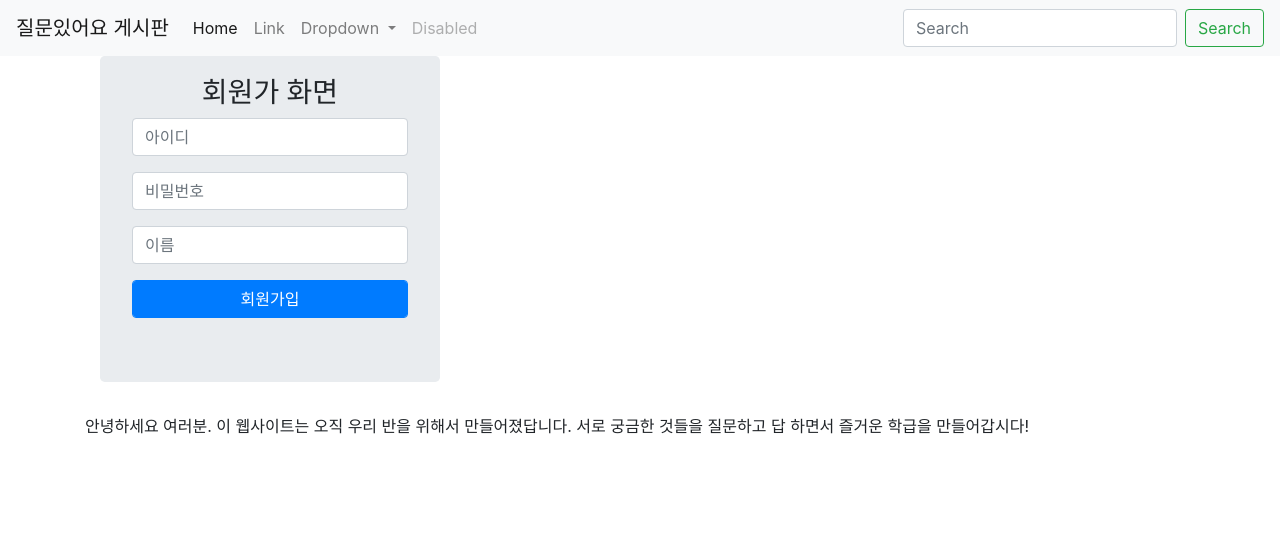
Repository: Munro-L/I-spy-oT__cuHacking-2019
Page: http://localhost/BBS/join.jsp
These files come from the project's save history. The page is drawn as it stood at one moment and after the next save; the edit follows.
The browser window is 1280 px wide. The pictures show the whole page.
The page is served by Tomcat 9. Other server files are loaded and not shown.

Above is the page before, as saved 2019-02-01 19:39:49.

### BBS-master/projects/BBS/WebContent/join.jsp
<%@ page language="java" contentType="text/html; charset=UTF-8"
    pageEncoding="UTF-8"%>
<!DOCTYPE html>
<html>
<head>
<meta http-equiv="Content-Type" content="text/html, charset="UTF-8">
<meta name="viewport" content="width=device-width", intial-scale="1">
<link rel="stylesheet" href="css/bootstrap.css">
<title>질문있어요!</title>
</head>
<body>
	<nav class="navbar navbar-expand-lg navbar-light bg-light">
	  <a class="navbar-brand" href="#">질문있어요 게시판</a>
	  <button class="navbar-toggler" type="button" data-toggle="collapse" data-target="#navbarSupportedContent" aria-controls="navbarSupportedContent" aria-expanded="false" aria-label="Toggle navigation">
	    <span class="navbar-toggler-icon"></span>
	  </button>

	  <div class="collapse navbar-collapse" id="navbarSupportedContent">
	    <ul class="navbar-nav mr-auto">
	      <li class="nav-item active">
	        <a class="nav-link" href="#">Home <span class="sr-only">(current)</span></a>
	      </li>
	      <li class="nav-item">
	        <a class="nav-link" href="#">Link</a>
	      </li>
	      <li class="nav-item dropdown">
	        <a class="nav-link dropdown-toggle" href="#" id="navbarDropdown" role="button" data-toggle="dropdown" aria-haspopup="true" aria-expanded="false">
	          Dropdown
	        </a>
	        <div class="dropdown-menu" aria-labelledby="navbarDropdown">
	          <a class="dropdown-item" href="#">Action</a>
	          <a class="dropdown-item" href="#">Another action</a>
	          <div class="dropdown-divider"></div>
	          <a class="dropdown-item" href="#">Something else here</a>
	        </div>
	      </li>
	      <li class="nav-item">
	        <a class="nav-link disabled" href="#">Disabled</a>
	      </li>
	    </ul>
	    <form class="form-inline my-2 my-lg-0">
	      <input class="form-control mr-sm-2" type="search" placeholder="Search" aria-label="Search">
	      <button class="btn btn-outline-success my-2 my-sm-0" type="submit">Search</button>
	    </form>
	  </div>
	</nav>

	<div class="container">
		<div class="col-lg-4"></div>
		<div class="col-lg-4">
			<div class="jumbotron" style="padding-top: 20px;">
				<form method="post" action="loginAction.jsp">
					<h3 style="text-align:center;">회원가 화면</h3>
					<div class="form-group">
						<input type="text" class="form-control" placeholder="아이디" name="userID" maxlength="20">
					</div>
					<div class="form-group">
						<input type="password" class="form-control" placeholder="비밀번호" name="userPassword" maxlength="20">
					</div>
					<div class="form-group">
						<input type="text" class="form-control" placeholder="이름" name="userName" maxlength="20">
					</div>
					<input type="submit" class="btn btn-primary form-control" value="회원가입">
				</form>

			</div>
		</div>
	</div>

	<div class="container">
		<p>안녕하세요 여러분. 이 웹사이트는 오직 우리 반을 위해서 만들어졌답니다.
	서로 궁금한 것들을 질문하고 답 하면서 즐거운 학급을 만들어갑시다! </p>
	</div>
	<script
  src="https://code.jquery.com/jquery-3.3.1.min.js"></script>
  <script src="js/bootstrap.js"></script>
</html>

Loaded but not shown: BBS-master/projects/BBS/WebContent/css/bootstrap.css (library); BBS-master/projects/BBS/WebContent/js/bootstrap.js (library)

After the next save:
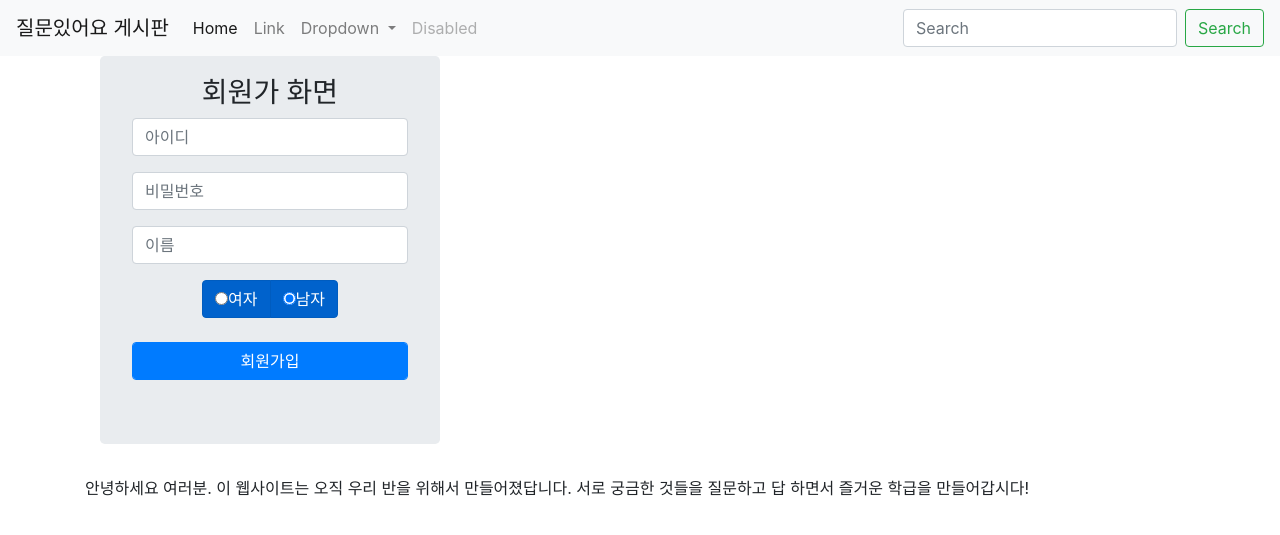
Saved 2 min 29 s later.
--- a/BBS-master/projects/BBS/WebContent/join.jsp
+++ b/BBS-master/projects/BBS/WebContent/join.jsp
@@ -60,6 +60,16 @@
 					<div class="form-group">
 						<input type="text" class="form-control" placeholder="이름" name="userName" maxlength="20">
 					</div>
+					<div class="form-group" style="text-align:center;">
+						<div class="btn-group" data-toggle="buttons">
+							<label class="btn btn-primary active">
+								<input type="radio" name="userGender" autocomplete="off" value="여자" checked>여자
+							</label>
+							<label class="btn btn-primary active">
+								<input type="radio" name="userGender" autocomplete="off" value="남자" checked>남자
+							</label>
+						</div>
+					</div>
 					<input type="submit" class="btn btn-primary form-control" value="회원가입">
 				</form>
 
